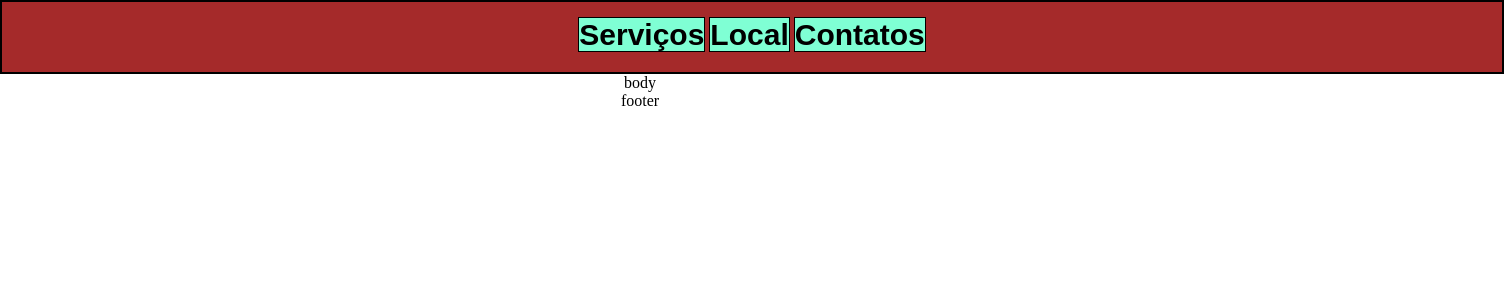
Repository: marllon-hetzler/Site-Salvatore-Barbearia
Page: home.html
An editor plug-in stored every save of this project. The page is shown before and after the next save, followed by the edit.
The browser window is 1280 px wide. The page is 1504 px wide, so the pictures cover 1504 px, including what lies to the right of the window. The pictures show the whole page.

Above is the page before, as saved 2023-02-18 14:15:21.

After the next save:
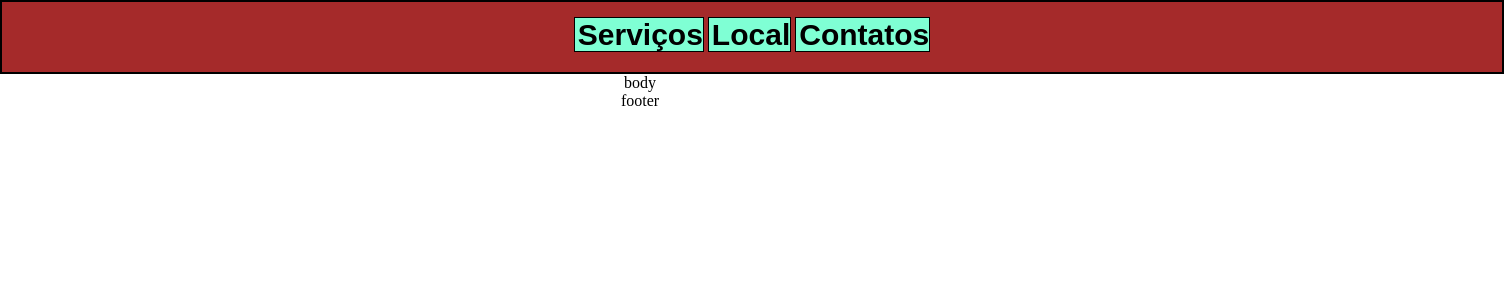
Saved 17 s later.
--- a/home.html
+++ b/home.html
@@ -38,6 +38,7 @@
         font-family: Arial, Helvetica, sans-serif;
         font-size: 30px;
         font-weight: bold;
+        padding-left: 3px;
     }
     .links{
         padding-top: 1rem;
